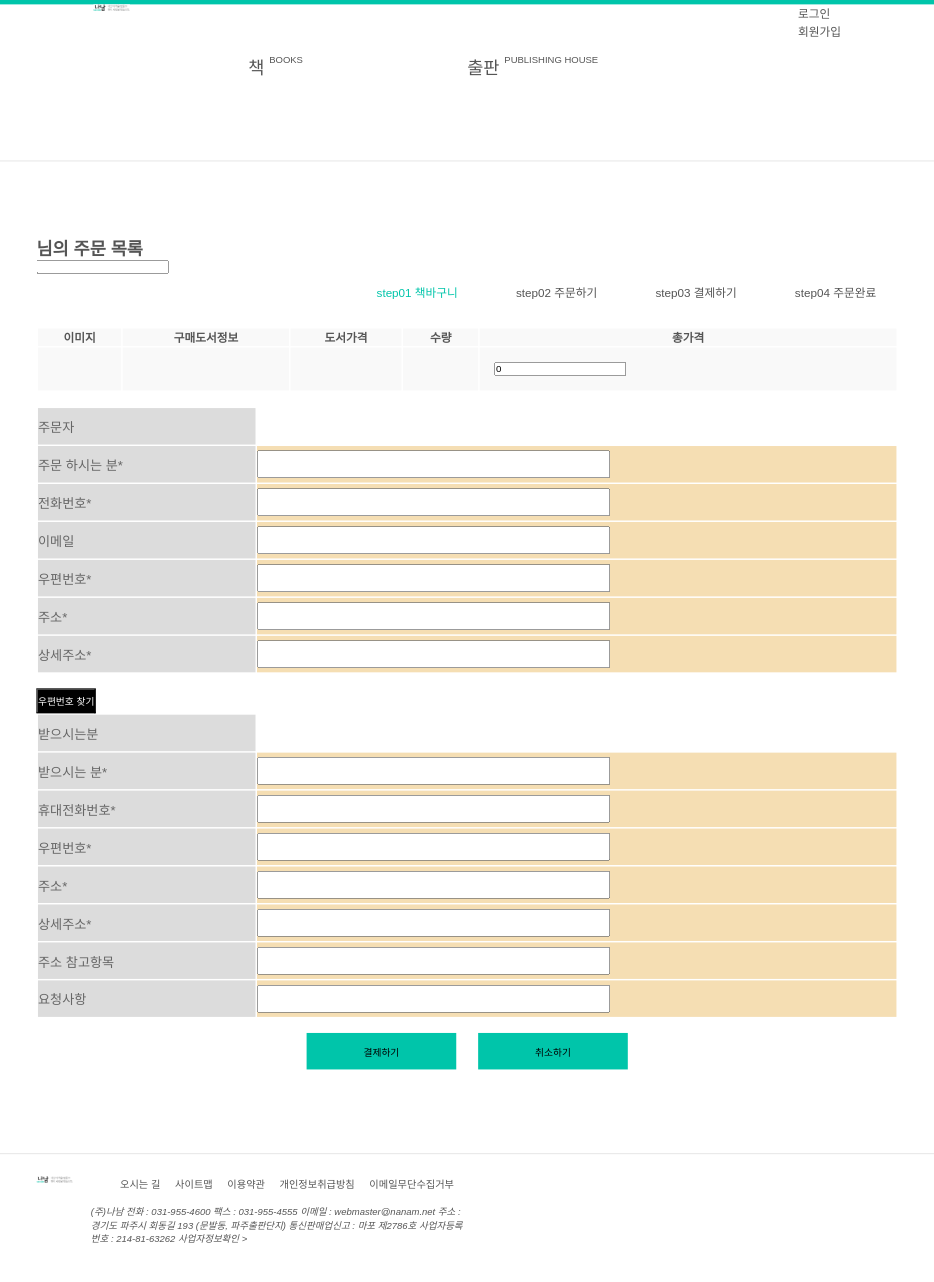
Repository: hongik-seo/openPortfoilo
Page: http://localhost/nanam/pay/order.jsp
These files come from the project's save history. The page is drawn as it stood at one moment and after the next save; the edit follows.
The browser window is 1280 px wide. The pictures show the whole page, at 73% of full size.
The page is served by Tomcat 9. Nobody is signed in. The application's start-up code is not run.

Above is the page before, as saved 2020-10-21 17:56:55.

After the next save:
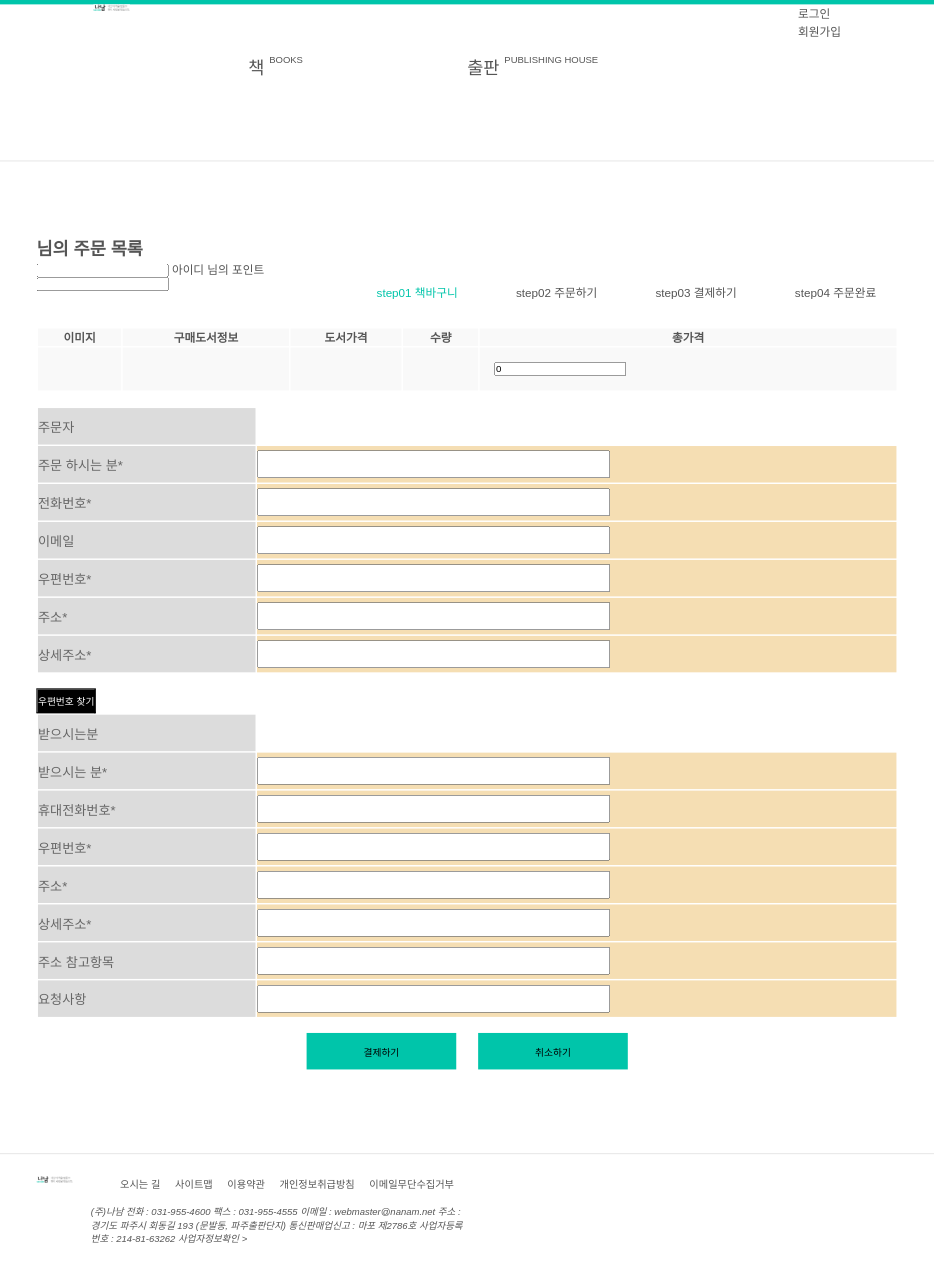
Saved 80 s later.
--- a/seo_portfoilo/nanam/WebContent/pay/order.jsp
+++ b/seo_portfoilo/nanam/WebContent/pay/order.jsp
@@ -177,7 +177,7 @@
 
 
 
-
+       	아이디 ${login.id}님의 포인트<input name="userPoint" id="userPoint" value="${login.point}"  readonly>
 
         <div id="cart">
                         <!--주문 테이블-->
